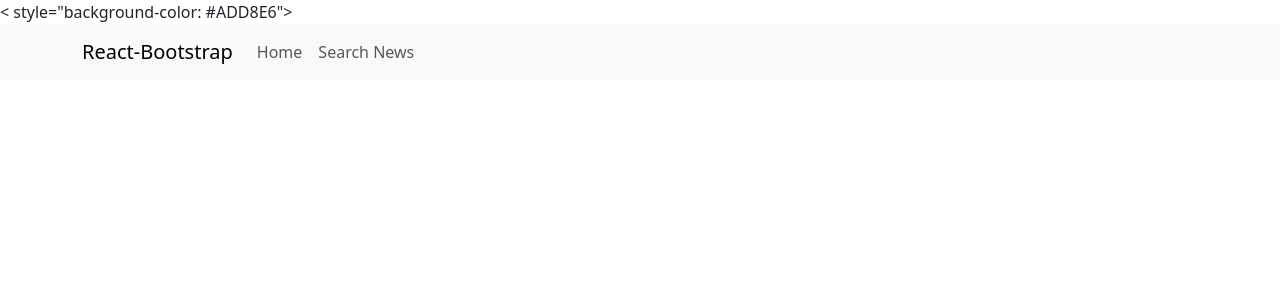
Repository: oksana117/news-app
Page: /login (app in client/)
These files come from the project's save history. The page is drawn as it stood at one moment and after a run of saves; the edit follows.
The browser window is 1280 px wide. The pictures show the whole page.
The project was rebuilt for these pictures with package versions that can differ from the ones it lists, and the page was loaded fresh each time. Also part of the build but not shown: client/vite.config.js, client/src/Register.jsx, client/src/Login.jsx, client/src/Home.jsx.

Above is the page before, as saved 2024-09-26 17:54:22.

### client/index.html
<!doctype html>
<html lang="en">

<head>
  <meta charset="UTF-8" />
  <link rel="icon" type="image" href="/newspaper.png" />
  <meta name="viewport" content="width=device-width, initial-scale=1.0" />
  <title>Latest News</title>
</head>

< style="background-color: #ADD8E6">
<div id="root"></div>
<script type="module" src="/src/main.jsx"></script>
</body>

</html>

### client/src/main.jsx
import { StrictMode } from 'react'
import { createRoot } from 'react-dom/client'

import App from './App.jsx'
import 'font-awesome/css/font-awesome.min.css';
//import './index.css'

createRoot(document.getElementById('root')).render(
  <StrictMode>
    <App />
  </StrictMode>,
)

### client/src/App.jsx

import 'bootstrap/dist/css/bootstrap.min.css'
import Register from './Register'
import Login from './Login'
import Home from './Home'
import { BrowserRouter, Routes, Route } from 'react-router-dom'
import {NavbarBootstrap} from "./components/Navbar"

//import reactLogo from './assets/react.svg'
//import viteLogo from '/vite.svg'
//import './App.css'

function App() {

  return (

    <BrowserRouter>
      <NavbarBootstrap>
      <Routes>
        <Route path='/register' element={<Register />}></Route>
        <Route path='/login' element={<Login />}></Route>
        <Route path='/home' element={<Home/>}></Route>
        </Routes>
        </NavbarBootstrap>
    </BrowserRouter>


  )
}

export default App

### client/src/components/Navbar.jsx
import Container from 'react-bootstrap/Container';
import Nav from 'react-bootstrap/Nav';
import Navbar from 'react-bootstrap/Navbar';

export const NavbarBootstrap = () => {
    return (
        <Navbar expand="lg" className="bg-body-tertiary">
            <Container>
                <Navbar.Brand href="#home">React-Bootstrap</Navbar.Brand>
                <Navbar.Toggle aria-controls="basic-navbar-nav" />
                <Navbar.Collapse id="basic-navbar-nav">
                    <Nav className="me-auto">
                        <Nav.Link href="#home">Home</Nav.Link>
                        <Nav.Link href="#link">Search News</Nav.Link>
                    </Nav>
                </Navbar.Collapse>
            </Container>
        </Navbar>
    );
}

After the next 2 saves:
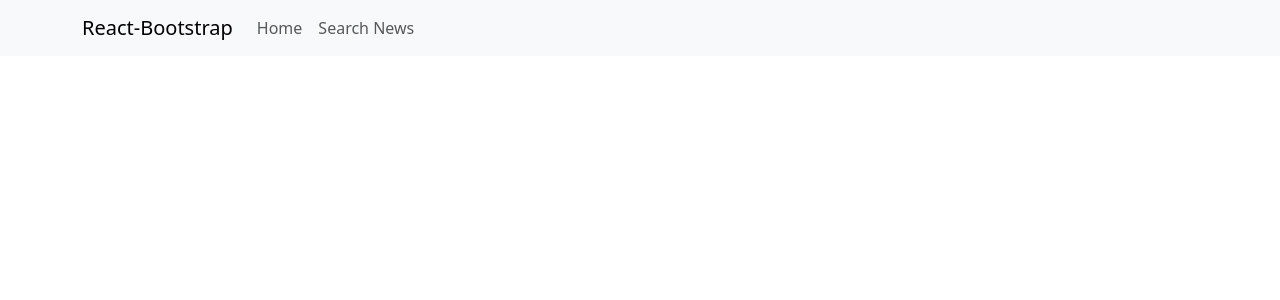
The 2 saves are shown as one change because they came seconds apart.
The last was saved 8 s later.
--- a/client/index.html
+++ b/client/index.html
@@ -8,9 +8,9 @@
   <title>Latest News</title>
 </head>
 
-< style="background-color: #ADD8E6">
-<div id="root"></div>
-<script type="module" src="/src/main.jsx"></script>
+<body>
+  <div id="root"></div>
+  <script type="module" src="/src/main.jsx"></script>
 </body>
 
 </html>
